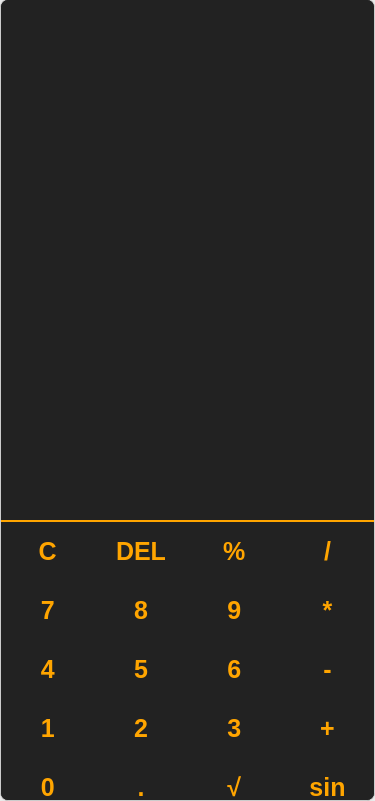
Repository: JuliusMonday/myCalculator
Page: index.html
The author's editor kept a copy of each file at every save. The page is drawn from the files as they stood at one save, then again after a run of saves.
The browser window is 375 px wide. The pictures show the whole page.

Above is the page before, as saved 2024-05-31 09:12:37.

### index.html
<!DOCTYPE html>
<html lang="en">
<head>
    <meta charset="UTF-8">
    <meta name="viewport" content="width=device-width, initial-scale=1.0">
    <title>JuliusCalc - Scientific Calculator</title>
    <link rel="stylesheet" href="styles.css">
</head>
<body>
    <div class="calculator">
        <div class="display">
            <input type="text" id="result" disabled>
        </div>
        <div class="buttons">
            <button onclick="clearDisplay()" class="oranges">C</button>
            <button onclick="deleteChar()" class="oranges">DEL</button>
            <button onclick="appendChar('%')" class="oranges">%</button>
            <button onclick="appendChar('/')" class="oranges">/</button>

            <button onclick="appendChar('7')">7</button>
            <button onclick="appendChar('8')">8</button>
            <button onclick="appendChar('9')">9</button>
            <button onclick="appendChar('*')" class="oranges">*</button>

            <button onclick="appendChar('4')">4</button>
            <button onclick="appendChar('5')">5</button>
            <button onclick="appendChar('6')">6</button>
            <button onclick="appendChar('-')" class="oranges">-</button>

            <button onclick="appendChar('1')">1</button>
            <button onclick="appendChar('2')">2</button>
            <button onclick="appendChar('3')">3</button>
            <button onclick="appendChar('+')" class="oranges">+</button>

            <button onclick="appendChar('0')">0</button>
            <button onclick="appendChar('.')">.</button>
            <button onclick="appendChar('Math.sqrt(')">√</button>

            <button onclick="appendChar('Math.sin(')" class="oranges">sin</button>
            <button onclick="appendChar('Math.cos(')" class="oranges">cos</button>
            <button onclick="appendChar('Math.log(')">log</button>
            <button onclick="calculate()" class="equals">=</button>
        </div>
        <marquee><p><b>JuliusCalc||</b> <em>Created by Julius</em></p></marquee>
    </div>
    <script src="index.js"></script>
</body>
</html>

### styles.css
body {
    display: flex;
    justify-content: center;
    align-items: center;
    height: 100vh;
    background-color: #f0f0f0;
    font-family: 'Arial', sans-serif;
    margin: 0;
}

.calculator {
    width: 300px;
    border: 1px solid #ccc;
    border-radius: 8px;
    overflow: hidden;
    box-shadow: 0 0 10px rgba(0, 0, 0, 0.1);
    background-color: #ffffff;
}

.display {
    background-color: #222;
    color: #fff;
    padding: 0;
    font-size: 24px;
    position: relative;
    height: 60px;
    display: flex;
    align-items: flex-end;
    padding-right: 10px;
}

.display input {
    width: 100%;
    border: none;
    background: none;
    color: #fff;
    text-align: right;
    font-size: 24px;
    padding: 0;
    box-sizing: border-box;
    line-height: 60px;
    height: 60px;
}

.buttons {
    display: grid;
    grid-template-columns: repeat(4, 1fr);
}

button {
    padding: 20px;
    font-size: 18px;
    border: 1px solid #ccc;
    background-color: #fff;
    cursor: pointer;
    transition: background-color 0.2s;
}

button:hover {
    background-color: #f0f0f0;
}

button:active {
    background-color: #ddd;
    color:#222;
}

/* Responsive Design */
@media (max-width: 600px) {
    .calculator {
        width: 100%;
        height: 100%;
        border-radius: 5;
        background-color:#222;
    }
    .display {
        padding: 10px;
        font-size: 20px;
        height: 500px;
        border-bottom: 2px solid #FFA500 ;
    }
    button {
        padding: 15px;
        font-size: 25px;
        background-color:#222;
        color: #FFA500;
        border: none;
        font-weight: bold;

    }
    p{
        color:#FFA500;
    }
}

### index.js
// script.js

function appendChar(char) {
    document.getElementById('result').value += char;
}

function clearDisplay() {
    document.getElementById('result').value = '';
}

function deleteChar() {
    let currentDisplay = document.getElementById('result').value;
    document.getElementById('result').value = currentDisplay.slice(0, -1);
}

function calculate() {
    try {
        let expression = document.getElementById('result').value;

        // Automatically close any opened parentheses
        let openParenthesisCount = (expression.match(/\(/g) || []).length;
        let closeParenthesisCount = (expression.match(/\)/g) || []).length;
        let missingCloseParenthesis = openParenthesisCount - closeParenthesisCount;

        for (let i = 0; i < missingCloseParenthesis; i++) {
            expression += ')';
        }

        let result = eval(expression);
        document.getElementById('result').value = result;
    } catch (error) {
        document.getElementById('result').value = 'Error';
    }
}

After the next 2 saves:
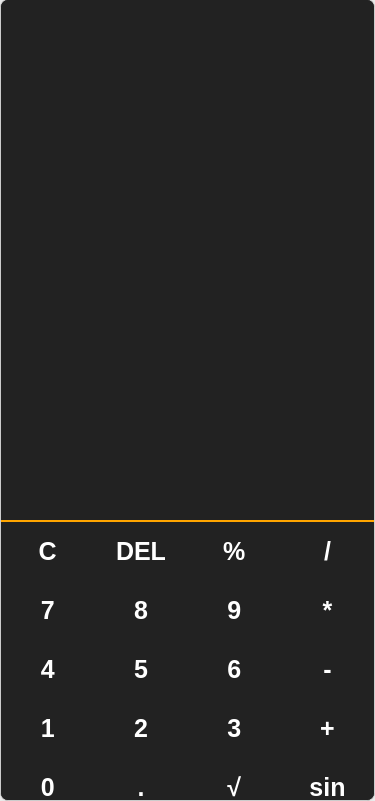
The 2 saves are shown as one change because they came seconds apart.
The last was saved 26 s later.
--- a/styles.css
+++ b/styles.css
@@ -83,7 +83,7 @@ button:active {
         padding: 15px;
         font-size: 25px;
         background-color:#222;
-        color: #FFA500;
+        color: #fff;
         border: none;
         font-weight: bold;
 
